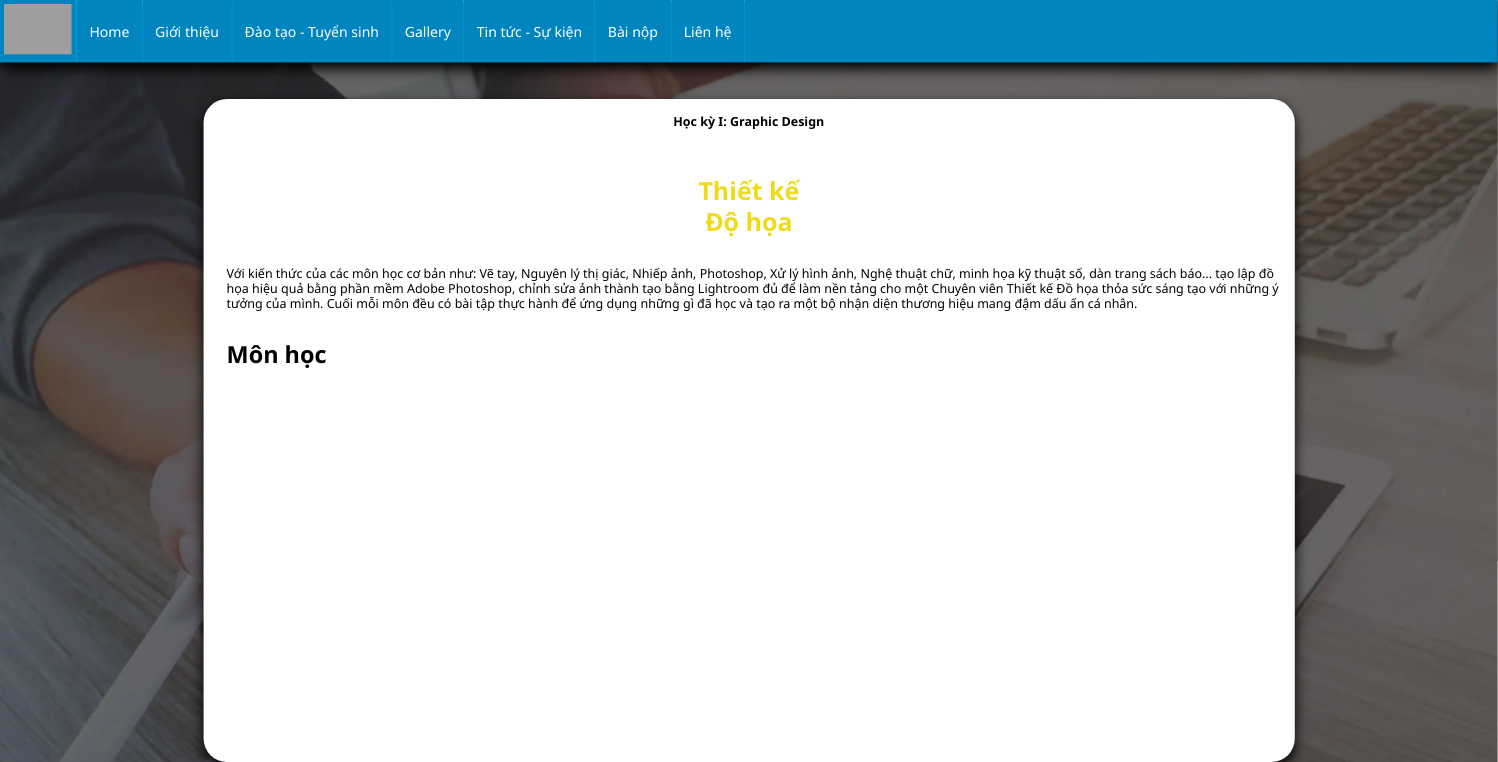
Repository: arena-dttan/dcw-final-exam-d2107m1
Page: final-list/DCW_Final_5_Nguyen-Thi-Thu-Huong_D2107M1/chuong-trinh-dao-tao.html
The author's editor kept a copy of each file at every save. The page is drawn from the files as they stood at one save, then again after the next save.
The browser window is 1280 px wide. The page is 1920 px wide, so the pictures cover 1920 px, including what lies to the right of the window. The pictures show the whole page, at 78% of full size.
Pictures or frames that could not be fetched are drawn as grey boxes.

Above is the page before, as saved 2022-06-26 19:42:38.

### final-list/DCW_Final_5_Nguyen-Thi-Thu-Huong_D2107M1/chuong-trinh-dao-tao.html
<!DOCTYPE html>
<html>
<head>
    <meta charset="UTF-8">
    <link rel="stylesheet" href="index.css">
    <link rel="icon" href="./images/favicon.ico" />

</head>
<head>
    <!-- Các meta (siêu dữ liệu) -->
    <meta http-equiv="Content-Type" content="text/html; charset=utf-8" />

    <!-- Tiêu đề hiển thị trên thanh địa chỉ trình duyệt -->
    <title>Chương trình đào tạo</title>

    <!-- icon trên thanh địa chỉ trình duyệt -->
    <link rel="icon" href="./images/favicon.ico" />

    <!-- Sử dụng font google -->
    <link rel="preconnect" href="https://fonts.googleapis.com">
    <link rel="preconnect" href="https://fonts.gstatic.com" crossorigin>
    <link href="https://fonts.googleapis.com/css2?family=Roboto:wght@100&display=swap" rel="stylesheet">

    <!-- external css -->
    <link rel="stylesheet" href="./css/style.css">
    <link rel="stylesheet" href="./css/menu.css">
    <link rel="stylesheet" href="./index.css">

</head>
<body id="container">

    <div class="danhsach"></div>
    <div id="main-menu">
        <ul class="menu">
            <li ><img style="height: 65px; margin: 5px;;" src="images/logo.webp" alt="logo"> </li>
            <li class="home">
            <a href="./index.html"> Home</a>
            </li>
            <li>
            <a href="./gioi-thieu.html"> Giới thiệu</a>
            </li>
            <li class="dropdown">
            <a class="dropdown-btn"> Đào tạo - Tuyển sinh</a>
            <div class="dropdown-content">
                <a href="./chuong-trinh-dao-tao.html">Đào tạo</a>
                <a href="./tuyen-sinh.html">Tuyển sinh</a>
            </div>
            <li>
                <a href="./gallery.html"> Gallery</a>
            </li>
            <li>
                <a href="./tin-tuc.html"> Tin tức - Sự kiện</a>
            </li>
            <li>
                <a href="./final-exam-list.html">Bài nộp</a>
            </li>

            <li>
                <a href="#">Liên hệ</a>
            </li>
            </li>
        </ul>
        <!-- id main content -->
        <div id="main-content-daotao">
            <div id="box-container"><b class="text-hocky">Học kỳ I: Graphic Design</b>
                <div class="content">
                    <h1 style="color:rgb(240, 219, 26);">Thiết kế <br>Độ họa</h1>
                    <br>
                    <br>
                        <p class="text"> Với kiến thức của các môn học cơ bản như: Vẽ tay, Nguyên lý thị giác, Nhiếp
                            ảnh, Photoshop, Xử lý hình ảnh, Nghệ thuật chữ, minh họa kỹ thuật số, dàn
                            trang sách báo... tạo lập đồ họa hiệu quả bằng phần mềm Adobe Photoshop,
                            chỉnh sửa ảnh thành tạo bằng Lightroom đủ để làm nền tảng cho một
                            Chuyên viên Thiết kế Đồ họa thỏa sức sáng tạo với những ý tưởng của mình.
                            Cuối mỗi môn đều có bài tập thực hành để ứng dụng những gì đã học và tạo
                            ra một bộ nhận diện thương hiệu mang đậm dấu ấn cá nhân.
                            <br>
                            <br>
                            <br>
                        </p>
                        <h3><b>Môn học</b></h3>

                    </div>
                </div>
            </div>

        </div>
    </div>
</body>
</html>

### final-list/DCW_Final_5_Nguyen-Thi-Thu-Huong_D2107M1/index.css
/* Sử dụng cho định dạng main menu */
body, html {
    height: 100%;
    width: 1920px;
    background-image: url('images/head-bg.webp'); width: 1920px; height: 100%; background-repeat: no-repeat;
    font-family: 'Segoe UI';
}
* {
    margin: 0;
    padding: 0;
    box-sizing: border-box;
    align-items: center;
}
body {
    position: absolute;
}
#container {
    width: 1920px;
    height: 100%;
    justify-content: center;
    margin: 0;
    padding: 0;
}
#main-menu {
    max-width: 1920px;
    height: 100px;
    margin: 0;
    padding: 0;
}
.menu {
    height: 80px;
    line-height: 80px;
    text-align: center;
    justify-content: center;
    display: inline-block;
}
ul {
    list-style-type: none;
    overflow: hidden;
    background-color: #0085be;
    width: 100%;
    box-shadow: 0 8px 16px 0 rgba(0, 0, 0, 2);
    display: inline-block;
}
.home {
    border-left: 0.01em dotted #00aeef;
}
li {
    float: left;
    border-right: 0.01em dotted #00aeef;
    font-size: 18px;
}

li.dropdown {
    display: inline-block;
    min-width: 100px;
}

li a:hover,
.dropdown:hover {
    background: #00aeef;
}

li a,
.dropdown-btn {
    display: inline-block;
    color: white;
    text-align: center;
    padding: 0 16px;
    text-decoration: none;
}
.dropdown-content {
    display: none;
    position: absolute;
    background: #F8C800;
    background: #0085be;
    min-width: 200px;
    border-bottom: 0.01em dotted #00aeef;
    box-shadow: 0 8px 16px 0 rgba(0, 0, 0, 2);
    z-index: 1;
    top: 80px;
    transition: all .3s ease-in-out;
}
.dropdown-content a {
    color: white;
    padding: 10px 16px;
    text-decoration: none;
    display: block;
    text-align: center;
    line-height: 2;
}
.dropdown-content a:hover {
    background: #00aeef;
}
.dropdown:hover .dropdown-content {
    display: block;
}

.text {
    margin-left: 40px;
    padding-top: 150px;
}
.button {

    font-size: 18px;
    font-weight: bold;
    width: 180px;
    height: 50px;
    background: #F8C800;
    border-radius: 40px;
    border-color: inherit;
    border-style: none;
    color: white;
    margin-top: 390px;
    margin-left: 70px;
    display: block;
    position: absolute;
}
#main-content {
    width: 1920px;
    height: 100%;
    margin: 0;
    padding: 0;
    display: inline-block;
    align-items: center;
    justify-content: center;

}
#box-container {
    background-color: rgb(255, 255, 255);
    box-shadow: 0 8px 16px 0 rgba(0, 0, 0, 2);
    margin-top: 43px;
    background-color: rgb(255, 255, 255);
    box-shadow: 0 8px 16px 0 rgb(0 0 0);
    width: 1399px;
    height: 850px;
    border-radius: 55px;
    margin-left: auto;
    margin-right: auto;
    border-radius: 30px;

}
.content {
    margin: 30px;
    padding-top: 30px;
}
h1 {
    text-align: center;
}
p {
    float: left;
    position: relative;
    width: 600px;
    height: 350px;
    margin-left: 285px;
    text-align: justify;
}
span {
    position: relative;
    left: 65px;
}
img {
    float: left;
}
.clear {
    clear: both;
}
.text2 p {
    float: left;
    position: relative;
    text-align: justify;
    margin-left: 0;
    width: 500px;
    height: 350px;
}
.text2 span {
    position: relative;
    float: left;
    text-align: justify;
}
.img2 {
    float: left;
    margin-left: 245px;
    margin-top: 0;
}
#main-content-daotao {
    width: 1920px;
    height: 100%;
    margin: 0;
    padding: 0;

}
p.text {
    text-align: left;
    width: 1350px;
    height: 100%;
    margin-left: 0;
    padding: 0;
    text-align: left;

}
b.text-hocky {
    padding-top: 20px;
    position: relative;
    text-align: center;
    display: inline-block;
}
h3 {
    text-align: left;
    width: 1350px;
    height: 100%;
    margin-left: 0;
    padding: 0;
    text-align: left;
    font-size: 30px;
}

ul.a {
    all: unset
}
ul.a b {
    list-style-type: circle;
    display: block;
}

### final-list/DCW_Final_5_Nguyen-Thi-Thu-Huong_D2107M1/css/style.css
html {
    box-sizing: border-box;
    width: 100%;
    height: 100%;
}

body {
    width: 100%;
    height: 100%;
    background: url("../images/head-bg.webp");
    font-size: 16px;
    font-family: 'Segoe UI', Tahoma, Geneva, Verdana, sans-serif;
    line-height: 1.2;
}

* {
    margin: 0;
    padding: 0;
}

*,
*:before,
*:after {
    box-sizing: border-box;
}

input,
textarea,
select,
button {
    outline: none;
}

input {
    line-height: normal;
}

label,
button {
    cursor: pointer;
}

a {
    text-decoration: none;
}

img {
    display: block;
    max-width: 100%;
}

#container {
    width: 100%;
    height: 100%;
    text-align: center;
}

#logo {
    float: left;
}

#logo img {
    width: 130px;
    padding: 10px;
}

#header {
    background: #0085be;
    box-shadow: 0 8px 16px 0 rgba(0, 0, 0, 2);
}

#banner img {
    height: 500px;
    width: 100%;
}

#content-index {
    margin: 100px 10px 10px 50px;
}

.btn {
    width: 150px;
    height: 40px;
    line-height: 40px;
    background: #F8C800;
    display: block;
    text-align: center;
    text-transform: uppercase;
    font-weight: bold;
    border-radius: 2em;
    -webkit-border-radius: 2em;
    -moz-border-radius: 2em;
    -ms-border-radius: 2em;
    -o-border-radius: 2em;
    margin: 20px 50px;
}

.btn a {
    color: white;
}

#main-content {
    background: none;
    min-height: 400px;
    margin: 40px;
}

#main-page {
    background: white;
    color: black;
    border: 1px solid blue;
    border-radius: 3em;
    width: 80%;
    min-height: 400px;
    padding: 20px;
    display: inline-block;
    box-sizing: border-box;
    margin-bottom: 40px;
}

.content img {
    width: 450px;
    height: 250px;
}

.text-uppercase {
    text-transform: uppercase;
}

.main-title {
    color: #F8C800;
    font-size: 30px;
    font-weight: 700 !important;
    margin: 30px 0;
}

.normal-list {
    list-style-type: disc;
    margin: 10px;
    padding: 10px;
    overflow: visible;
    background: none;
}

.normal-list li {
    clear: both;
}

h4 {
    text-align: left;
    font-size: 20px;
}

h3 {
    padding-bottom: 20px;
}

hr {
    margin: 10px 0;
}

p {
    text-align: justify;
}

### final-list/DCW_Final_5_Nguyen-Thi-Thu-Huong_D2107M1/css/menu.css
/* Sử dụng cho định dạng main menu */

.menu {
    height: 80px;
    line-height: 80px;
}

.home {
    border-left: 0.01em dotted #00aeef;
}

ul {
    list-style-type: none;
    margin: 0;
    padding: 0;
    overflow: hidden;
    /* background: #F8C800; */
    background: #0085be;
    /* box-shadow: 0 8px 16px 0 rgba(0, 0, 0, 2); */
}

li {
    float: left;
    border-right: 0.01em dotted #00aeef;
    font-size: 18px;
}

li.dropdown {
    display: inline-block;
    min-width: 100px;
}

li a:hover,
.dropdown:hover {
    background: #00aeef;
}

li a,
.dropdown-btn {
    display: inline-block;
    color: white;
    text-align: center;
    padding: 0 16px;
    text-decoration: none;
}

.dropdown-content {
    display: none;
    position: absolute;
    /*background: #F8C800;
    */
    background: #0085be;
    min-width: 200px;
    border-bottom: 0.01em dotted #00aeef;
    box-shadow: 0 8px 16px 0 rgba(0, 0, 0, 2);
    z-index: 1;
    top: 80px;
    transition: all .3s ease-in-out;
}

.dropdown-content a {
    color: white;
    padding: 10px 16px;
    text-decoration: none;
    display: block;
    text-align: center;
    line-height: 2;
}

.dropdown-content a:hover {
    background: #00aeef;
}

.dropdown:hover .dropdown-content {
    display: block;
}

After the next save:
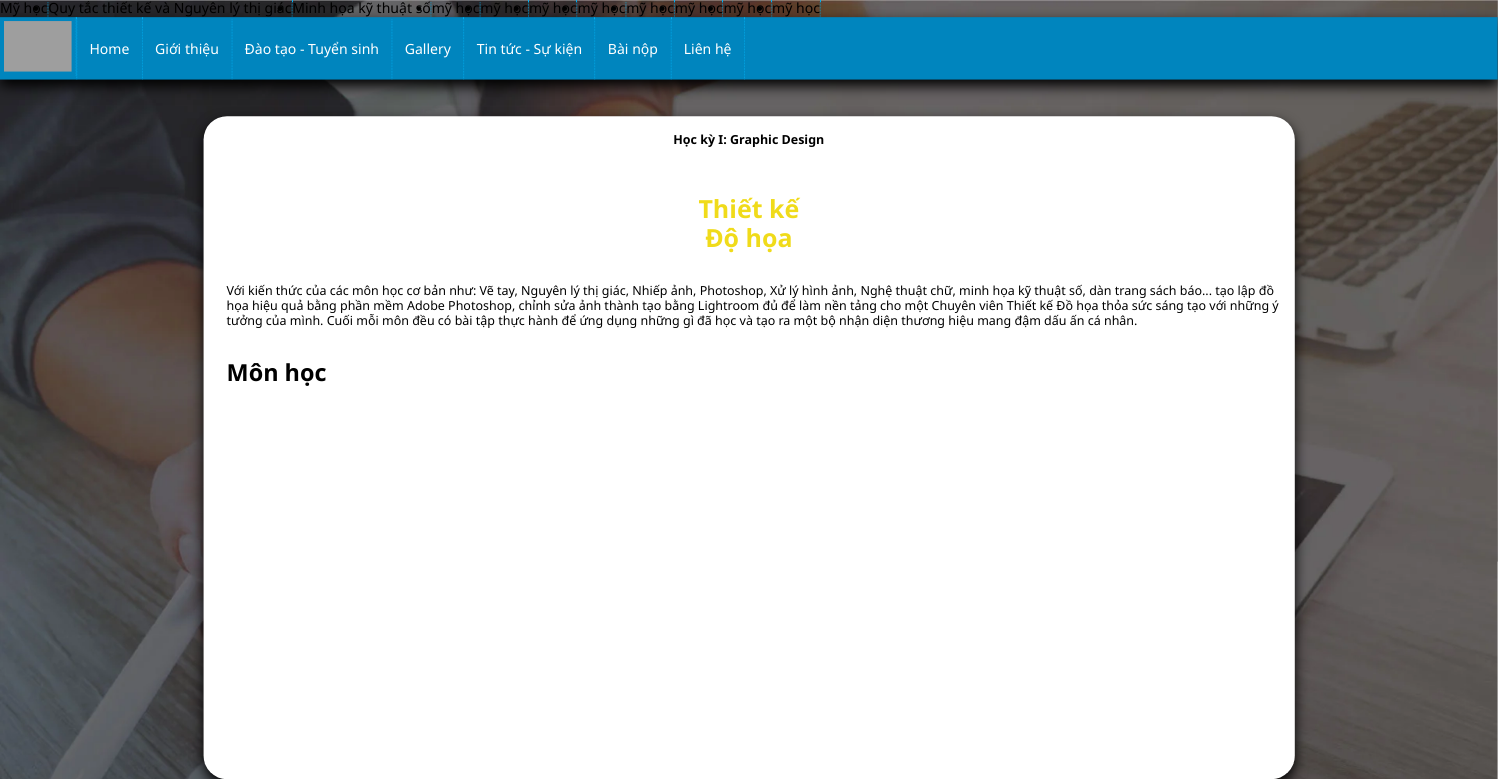
Saved 6 s later.
--- a/final-list/DCW_Final_5_Nguyen-Thi-Thu-Huong_D2107M1/chuong-trinh-dao-tao.html
+++ b/final-list/DCW_Final_5_Nguyen-Thi-Thu-Huong_D2107M1/chuong-trinh-dao-tao.html
@@ -29,7 +29,19 @@
 </head>
 <body id="container">
 
-    <div class="danhsach"></div>
+    <div class="danhsach"><ul class="a b">
+        <li>Mỹ học</li>
+        <li>Quy tắc thiết kế và Nguyên lý thị giác</li>
+        <li>Minh họa kỹ thuật số</li>
+        <li>mỹ học</li>
+        <li>mỹ học</li>
+        <li>mỹ học</li>
+        <li>mỹ học</li>
+        <li>mỹ học</li>
+        <li>mỹ học</li>
+        <li>mỹ học</li>
+        <li>mỹ học</li>
+       </ul></div>
     <div id="main-menu">
         <ul class="menu">
             <li ><img style="height: 65px; margin: 5px;;" src="images/logo.webp" alt="logo"> </li>

After the 4 saves that followed:
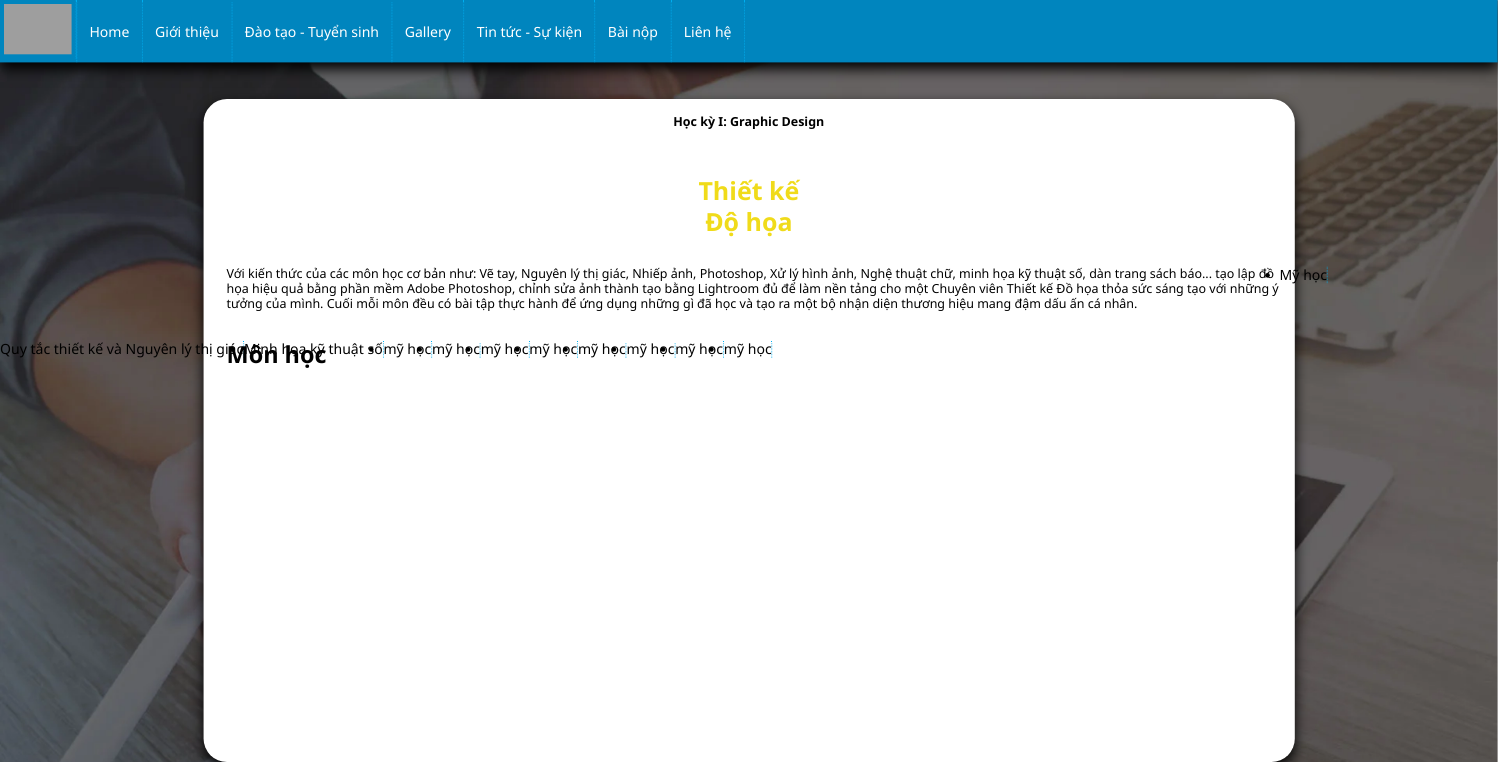
The 4 saves are shown as one change because 1 left the picture as it was and some came seconds apart.
The last was saved 29 s later.
--- a/final-list/DCW_Final_5_Nguyen-Thi-Thu-Huong_D2107M1/chuong-trinh-dao-tao.html
+++ b/final-list/DCW_Final_5_Nguyen-Thi-Thu-Huong_D2107M1/chuong-trinh-dao-tao.html
@@ -28,20 +28,6 @@
 
 </head>
 <body id="container">
-
-    <div class="danhsach"><ul class="a b">
-        <li>Mỹ học</li>
-        <li>Quy tắc thiết kế và Nguyên lý thị giác</li>
-        <li>Minh họa kỹ thuật số</li>
-        <li>mỹ học</li>
-        <li>mỹ học</li>
-        <li>mỹ học</li>
-        <li>mỹ học</li>
-        <li>mỹ học</li>
-        <li>mỹ học</li>
-        <li>mỹ học</li>
-        <li>mỹ học</li>
-       </ul></div>
     <div id="main-menu">
         <ul class="menu">
             <li ><img style="height: 65px; margin: 5px;;" src="images/logo.webp" alt="logo"> </li>
@@ -98,5 +84,20 @@
 
         </div>
     </div>
+    <div class="danhsach"><ul class="a b">
+        <li>Mỹ học</li>
+        <li>Quy tắc thiết kế và Nguyên lý thị giác</li>
+        <li>Minh họa kỹ thuật số</li>
+        <li>mỹ học</li>
+        <li>mỹ học</li>
+        <li>mỹ học</li>
+        <li>mỹ học</li>
+        <li>mỹ học</li>
+        <li>mỹ học</li>
+        <li>mỹ học</li>
+        <li>mỹ học</li>
+       </ul>
+    </div>
+
 </body>
 </html>
